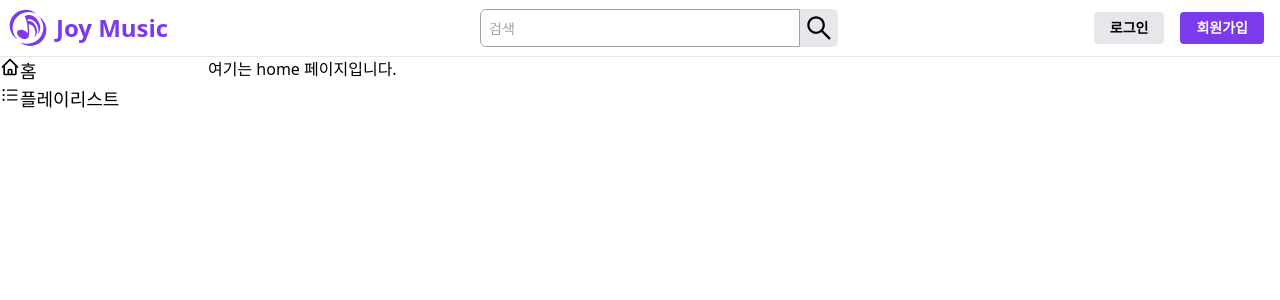
Repository: momo0170/streaming
Page: /
An editor plug-in stored every save of this project. The page is shown before and after the next save, followed by the edit.
The browser window is 1280 px wide. The pictures show the whole page.
The project was rebuilt for these pictures with package versions that can differ from the ones it lists, and the page was loaded fresh each time. Also part of the build but not shown: src/App.css, src/router/Playlist.jsx.

Above is the page before, as saved 2023-09-23 11:37:28.

### src/index.js
import React from 'react';
import ReactDOM from 'react-dom/client';
import './index.css';
import App from './App';
import { RouterProvider, createBrowserRouter } from 'react-router-dom';
import Home from './router/Home';
import Playlist from './router/Playlist';

const router = createBrowserRouter([
  {
    path: '/',
    element: <App />,
    children: [
      {
        index: true,
        element: <Home />,
      },
      {
        path: 'playlist',
        element: <Playlist />,
      },
    ],
  },
]);
const root = ReactDOM.createRoot(document.getElementById('root'));
root.render(
  <RouterProvider router={router}>
    <App />
  </RouterProvider>
);

### src/index.css
/* index.css 📂 */

@tailwind base;
@tailwind components;
@tailwind utilities;

### src/App.js
import { Outlet } from 'react-router-dom';
import './App.css';
import Header from './components/Header';
import MenuBar from './components/MenuBar';

function App() {
  return (
    <>
      <Header />
      <div className="flex">
        <MenuBar />
        <Outlet />
      </div>
    </>
  );
}

export default App;

### src/router/Home.jsx
import React from 'react';

export default function Home() {
  return <main>여기는 home 페이지입니다.</main>;
}

### src/components/Header.jsx
import React from 'react';
import { GiMusicSpell } from 'react-icons/gi';
import { AiOutlineSearch } from 'react-icons/ai';
import { Link } from 'react-router-dom';

export default function Header() {
  const handleSubmit = (e) => {
    e.preventDefault();
  };
  return (
    <header className="flex justify-between p-2 border-b h-13 items-center">
      <Link to="/" className="flex items-center">
        <GiMusicSpell
          size="40"
          color="#7c3aed"
          className="hover:animate-spin"
        />
        <div className="text-violet-600 text-2xl ml-2 font-bold">Joy Music</div>
      </Link>
      <form className="flex transform translate-x-8" onSubmit={handleSubmit}>
        <input
          type="text"
          placeholder="검색"
          className="rounded-l-md border border-stone-400 p-1 px-2 focus:shadow-inner2 outline-none focus:border-violet-600 placeholder:text-sm hover:shadow-hoverInput hover:border-hoverInput w-80"
        />
        <button className="bg-gray-200 p-1 rounded-r-md box-border hover:bg-gray-300">
          <AiOutlineSearch size="30" />
        </button>
      </form>
      <div className="flex">
        <button className="bg-gray-200 mx-2 px-4 py-1.5 rounded text-sm font-semibold hover:bg-gray-300">
          로그인
        </button>
        <button className="bg-violet-600 text-white mx-2 px-4 py-1.5 rounded text-sm font-semibold hover:bg-violet-700">
          회원가입
        </button>
      </div>
    </header>
  );
}

### src/components/MenuBar.jsx
import React from 'react';
import MenuButton from './MenuButton';

export default function MenuBar() {
  const list = [
    ['/', '홈'],
    ['/playlist', '플레이리스트'],
  ];

  return (
    <aside className="flex flex-col w-52">
      {list.map((item, idx) => (
        <MenuButton key={idx} text={item[1]} path={item[0]} />
      ))}
    </aside>
  );
}

### src/components/MenuButton.jsx
import React from 'react';
import { Link } from 'react-router-dom';
import { HiHome, HiOutlineHome } from 'react-icons/hi';
import { IoIosListBox, IoIosList } from 'react-icons/io';

export default function MenuButton({ text, path }) {
  const SIZE = '20';
  return (
    <Link to={path} className="flex">
      {text === '홈' ? (
        <HiOutlineHome size={SIZE} />
      ) : (
        <IoIosList size={SIZE} />
      )}
      <span className="text-lg">{text}</span>
    </Link>
  );
}

### tailwind.config.js
/** @type {import('tailwindcss').Config} */
module.exports = {
  content: ['./src/**/*.{js,jsx,ts,tsx}'],
  theme: {
    extend: {
      borderWidth: {
        1.5: '1.5px',
      },
      boxShadow: {
        inner2: '0 0 0 1.5px #7c3aed inset',
        hoverInput: '0 0 0 1px #ABABAB inset',
      },
      borderColor: {
        hoverInput: '#ABABAB',
      },
    },
  },
  plugins: [],
};

Loaded but not shown: public/index.html (common file)

After the next save:
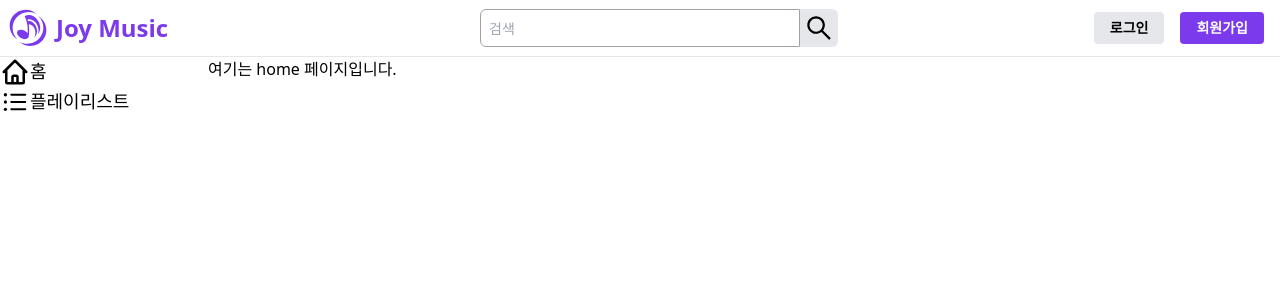
Saved 12 s later.
--- a/src/components/MenuButton.jsx
+++ b/src/components/MenuButton.jsx
@@ -4,7 +4,7 @@ import { HiHome, HiOutlineHome } from 'react-icons/hi';
 import { IoIosListBox, IoIosList } from 'react-icons/io';
 
 export default function MenuButton({ text, path }) {
-  const SIZE = '20';
+  const SIZE = '30';
   return (
     <Link to={path} className="flex">
       {text === '홈' ? (
